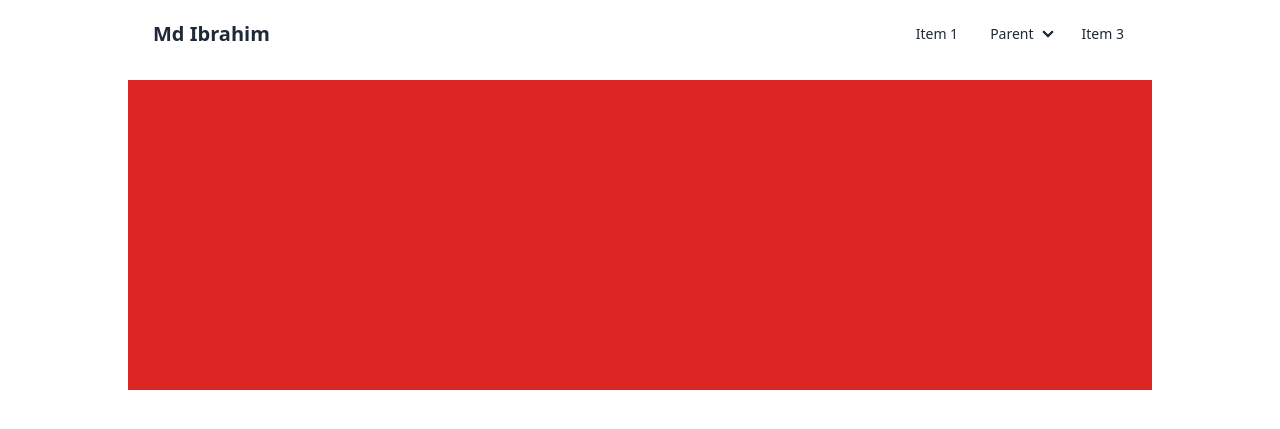
Repository: mdrubel02/portfilo
Page: /
These files come from the project's save history. The page is drawn as it stood at one moment and after the next save; the edit follows.
The browser window is 1280 px wide. The pictures show the whole page.
The project was rebuilt for these pictures with package versions that can differ from the ones it lists, and the page was loaded fresh each time. Also part of the build but not shown: vite.config.js.

Above is the page before, as saved 2023-06-22 20:19:07.

After the next save:
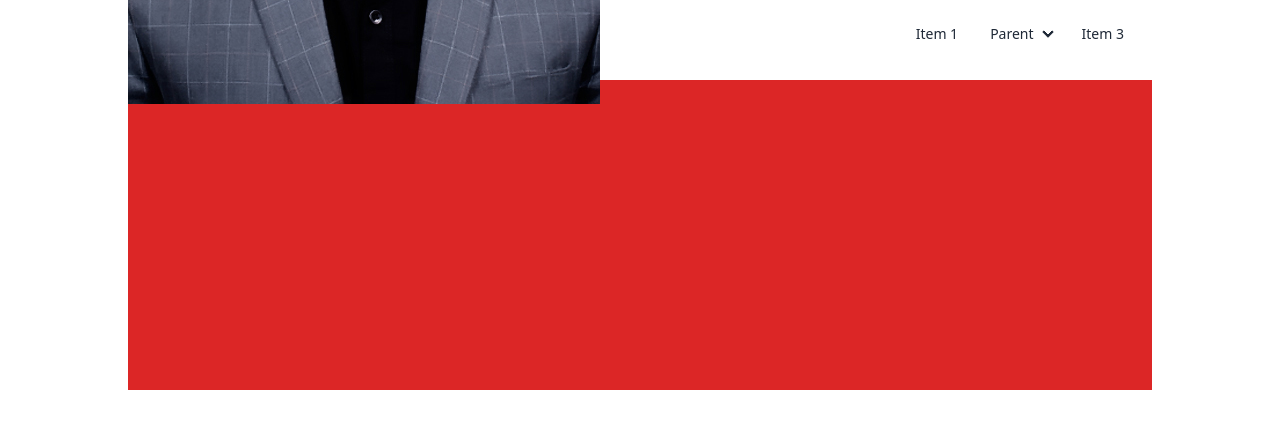
Saved 110 s later.
--- a/src/Pages/Home/Home.jsx
+++ b/src/Pages/Home/Home.jsx
@@ -6,9 +6,10 @@
         <div className='mt-3 '>
             <div className='h-[310px] bg-red-600'>
                 <div className='grid grid-rows-2 grid-flow-col gap-4'>
-                    <div className=''>
-                        <div className='h-full relative'>
-                        <img className='h-2/5 absolute left-0 right-0 z-10' src={profile} alt="profile" />
+                    <div class="relative ...">
+                        <p>Relative parent</p>
+                        <div class="absolute bottom-0 left-0 ...">
+                            <img src={profile} alt="profile" />
                         </div>
                     </div>
                     <div></div>

After the save that followed:
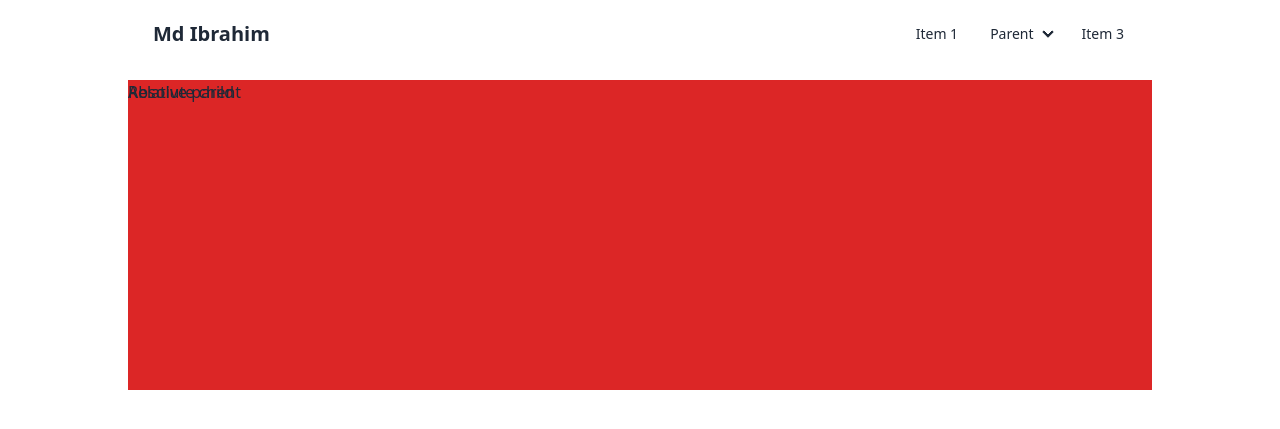
Saved 15 s later.
--- a/src/Pages/Home/Home.jsx
+++ b/src/Pages/Home/Home.jsx
@@ -9,7 +9,7 @@
                     <div class="relative ...">
                         <p>Relative parent</p>
                         <div class="absolute bottom-0 left-0 ...">
-                            <img src={profile} alt="profile" />
+                            <p>Absolute child</p>
                         </div>
                     </div>
                     <div></div>
